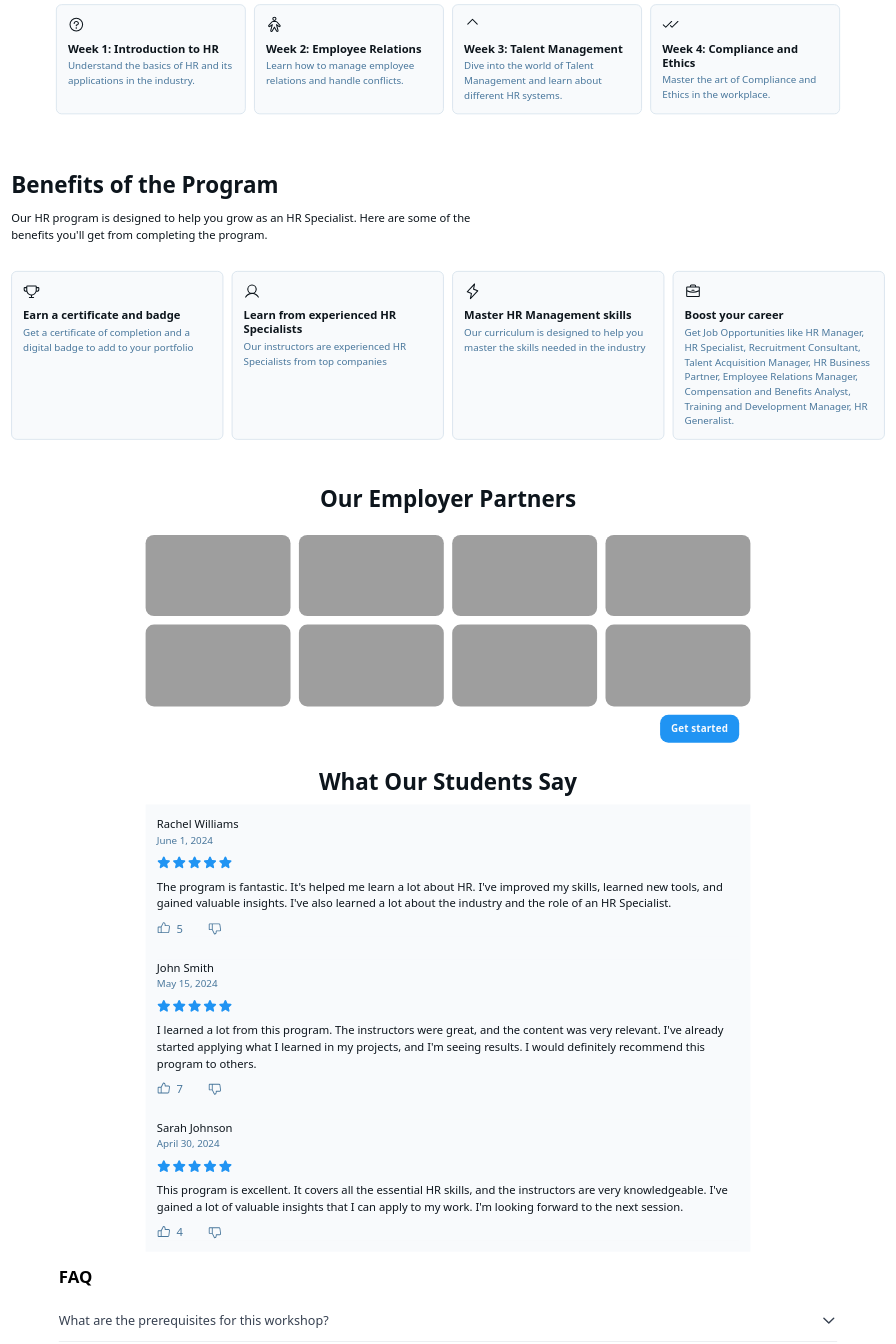
Repository: DhOMNE/HR
Page: /
The author's editor kept a copy of each file at every save. The page is drawn from the files as they stood at one save, then again after the next save.
The browser window is 1280 px wide. The pictures show the part of the page from y = 893 to 2813 px (the page is 3979 px tall before and 4042 px after), at 70% of full size.
Pictures or frames that could not be fetched are drawn as grey boxes. The project was rebuilt for these pictures with package versions that can differ from the ones it lists, and the page was loaded fresh each time.

Above is the page before, as saved 2024-08-26 11:06:44.

### src/Componenets/Benefitdesigner.jsx
import React from "react";

function Benefitdesigner() {
  return (
    // <div class="flex flex-col gap-10 lg:px-48 py-10 sm: px-10 py-10 ">
    //   <div class="flex flex-col gap-4 ">
    //     <h1 class="text-[#0d151c] tracking-light text-[32px] font-bold leading-tight @[480px]:text-4xl @[480px]:font-black @[480px]:leading-tight @[480px]:tracking-[-0.033em] max-w-[720px]">
    //       Benefits of the Program
    //     </h1>
    //     <p class="text-[#0d151c] text-base font-normal leading-normal max-w-[720px]">
    //       {" "}
    //       Our program is designed to help you grow as a designer. Here are some
    //       of the benefits you'll get from completing the program.
    //     </p>

    //     {/* box */}
    //   </div>

    //   <div class="grid grid-cols-[repeat(auto-fit,minmax(158px,1fr))] gap-3 p-0">
    //     <div class="flex flex-1 gap-3 rounded-lg border border-[#cedde8] bg-slate-50 p-4 flex-col">
    //       <div
    //         class="text-[#0d151c] "
    //         data-icon="Trophy"
    //         data-size="24px"
    //         data-weight="regular"
    //       >
    //         <svg
    //           xmlns="http://www.w3.org/2000/svg"
    //           width="24px"
    //           height="24px"
    //           fill="currentColor"
    //           viewBox="0 0 256 256"
    //         >
    //           <path d="M232,64H208V56a16,16,0,0,0-16-16H64A16,16,0,0,0,48,56v8H24A16,16,0,0,0,8,80V96a40,40,0,0,0,40,40h3.65A80.13,80.13,0,0,0,120,191.61V216H96a8,8,0,0,0,0,16h64a8,8,0,0,0,0-16H136V191.58c31.94-3.23,58.44-25.64,68.08-55.58H208a40,40,0,0,0,40-40V80A16,16,0,0,0,232,64ZM48,120A24,24,0,0,1,24,96V80H48v32q0,4,.39,8Zm144-8.9c0,35.52-28.49,64.64-63.51,64.9H128a64,64,0,0,1-64-64V56H192ZM232,96a24,24,0,0,1-24,24h-.5a81.81,81.81,0,0,0,.5-8.9V80h24Z"></path>
    //         </svg>
    //       </div>
    //       <div class="flex flex-col gap-1">
    //         <h2 class="text-[#0d151c] text-base font-bold leading-tight">
    //           Earn a certificate and badge
    //         </h2>
    //         <p class="text-[#49779c] text-sm font-normal leading-normal">
    //           Get a certificate of completion and a digital badge to add to your
    //           portfolio
    //         </p>
    //       </div>
    //     </div>

    //     <div class="flex flex-1 gap-3 rounded-lg border border-[#cedde8] bg-slate-50 p-4 flex-col">
    //       <div
    //         class="text-[#0d151c] "
    //         data-icon="Trophy"
    //         data-size="24px"
    //         data-weight="regular"
    //       >
    //         <svg
    //           xmlns="http://www.w3.org/2000/svg"
    //           width="24px"
    //           height="24px"
    //           fill="currentColor"
    //           viewBox="0 0 256 256"
    //         >
    //           <path d="M230.92,212c-15.23-26.33-38.7-45.21-66.09-54.16a72,72,0,1,0-73.66,0C63.78,166.78,40.31,185.66,25.08,212a8,8,0,1,0,13.85,8c18.84-32.56,52.14-52,89.07-52s70.23,19.44,89.07,52a8,8,0,1,0,13.85-8ZM72,96a56,56,0,1,1,56,56A56.06,56.06,0,0,1,72,96Z"></path>
    //         </svg>
    //       </div>
    //       <div class="flex flex-col gap-1">
    //         <h2 class="text-[#0d151c] text-base font-bold leading-tight">
    //           Learn from experienced designers
    //         </h2>
    //         <p class="text-[#49779c] text-sm font-normal leading-normal">
    //           Our instructors are experienced designers from top companies.
    //         </p>
    //       </div>
    //     </div>

    //     <div class="flex flex-1 gap-3 rounded-lg border border-[#cedde8] bg-slate-50 p-4 flex-col">
    //       <div
    //         class="text-[#0d151c] "
    //         data-icon="Trophy"
    //         data-size="24px"
    //         data-weight="regular"
    //       >
    //         <svg
    //           xmlns="http://www.w3.org/2000/svg"
    //           width="24px"
    //           height="24px"
    //           fill="currentColor"
    //           viewBox="0 0 256 256"
    //         >
    //           <path d="M215.79,118.17a8,8,0,0,0-5-5.66L153.18,90.9l14.66-73.33a8,8,0,0,0-13.69-7l-112,120a8,8,0,0,0,3,13l57.63,21.61L88.16,238.43a8,8,0,0,0,13.69,7l112-120A8,8,0,0,0,215.79,118.17ZM109.37,214l10.47-52.38a8,8,0,0,0-5-9.06L62,132.71l84.62-90.66L136.16,94.43a8,8,0,0,0,5,9.06l52.8,19.8Z"></path>
    //         </svg>
    //       </div>
    //       <div class="flex flex-col gap-1">
    //         <h2 class="text-[#0d151c] text-base font-bold leading-tight">
    //           Master UI/UX skills
    //         </h2>
    //         <p class="text-[#49779c] text-sm font-normal leading-normal">
    //           Our curriculum is designed to help you master the skills needed in
    //           the industry
    //         </p>
    //       </div>
    //     </div>

    //     <div class="flex flex-1 gap-3 rounded-lg border border-[#cedde8] bg-slate-50 p-4 flex-col">
    //       <div
    //         class="text-[#0d151c] "
    //         data-icon="Trophy"
    //         data-size="24px"
    //         data-weight="regular"
    //       >
    //         <svg
    //           xmlns="http://www.w3.org/2000/svg"
    //           width="24px"
    //           height="24px"
    //           fill="currentColor"
    //           viewBox="0 0 256 256"
    //         >
    //           <path d="M216,56H176V48a24,24,0,0,0-24-24H104A24,24,0,0,0,80,48v8H40A16,16,0,0,0,24,72V200a16,16,0,0,0,16,16H216a16,16,0,0,0,16-16V72A16,16,0,0,0,216,56ZM96,48a8,8,0,0,1,8-8h48a8,8,0,0,1,8,8v8H96ZM216,72v41.61A184,184,0,0,1,128,136a184.07,184.07,0,0,1-88-22.38V72Zm0,128H40V131.64A200.19,200.19,0,0,0,128,152a200.25,200.25,0,0,0,88-20.37V200ZM104,112a8,8,0,0,1,8-8h32a8,8,0,0,1,0,16H112A8,8,0,0,1,104,112Z"></path>
    //         </svg>
    //       </div>
    //       <div class="flex flex-col gap-1">
    //         <h2 class="text-[#0d151c] text-base font-bold leading-tight">
    //           Boost your career
    //         </h2>
    //         <p class="text-[#49779c] text-sm font-normal leading-normal">
    //           Get Job Opportunities like UI/UX Designer, User Experience
    //           Researcher, User Interface Designer, Interaction Designer, Product
    //           Designer, UX Analyst, UX/UI Developer, Visual Designer, UX
    //           Strategist, Design Consultant.
    //         </p>
    //       </div>
    //     </div>
    //   </div>
    //   <div className="gap-0">
    //     <h2 class="text-[#0d151c] text-[22px] font-bold leading-tight tracking-[-0.015em] px-4 pb-3 pt-5">
    //       Certificate Criteria
    //     </h2>
    //     <p class="text-[#0d151c] text-base font-normal leading-normal pb-3 pt-1 px-4">
    //       To earn the certificate, you must complete all the course requirements
    //       and the capstone project. The certificate will be issued by our
    //       institution and can be shared on your LinkedIn profile or resume.
    //     </p>
    //     <h2 class="text-[#0d151c] text-[22px] font-bold leading-tight tracking-[-0.015em] px-4 pb-3 pt-5">
    //       Cancellation Policy
    //     </h2>
    //     <p class="text-[#0d151c] text-base font-normal leading-normal pb-3 pt-1 px-4">
    //       You can cancel your enrollment up to 7 days before the start of the
    //       program and get a full refund. After that, the refund will be prorated
    //       based on the completed portion of the program.
    //     </p>
    //   </div>
    // </div>
    <div className="flex flex-col gap-10 px-4 py-10 @container">
              <div className="flex flex-col gap-4">
                <h1
                  className="text-[#0d151c] tracking-light text-[32px] font-bold leading-tight @[480px]:text-4xl @[480px]:font-black @[480px]:leading-tight @[480px]:tracking-[-0.033em] max-w-[720px]"
                >
                  Benefits of the Program
                </h1>
                <p className="text-[#0d151c] text-base font-normal leading-normal max-w-[720px]">
                  Our HR program is designed to help you grow as an HR Specialist. Here are some of the benefits you'll get from completing the program.
                </p>
              </div>
              <div className="grid grid-cols-[repeat(auto-fit,minmax(158px,1fr))] gap-3 p-0">
                <div className="flex flex-1 gap-3 rounded-lg border border-[#cedde8] bg-slate-50 p-4 flex-col cursor-pointer  hover:shadow-lg hover:shadow-gray-600">
                  <div className="text-[#0d151c]" data-icon="Trophy" data-size="24px" data-weight="regular">
                    <svg xmlns="http://www.w3.org/2000/svg" width="24px" height="24px" fill="currentColor" viewBox="0 0 256 256">
                      <path
                        d="M232,64H208V56a16,16,0,0,0-16-16H64A16,16,0,0,0,48,56v8H24A16,16,0,0,0,8,80V96a40,40,0,0,0,40,40h3.65A80.13,80.13,0,0,0,120,191.61V216H96a8,8,0,0,0,0,16h64a8,8,0,0,0,0-16H136V191.58c31.94-3.23,58.44-25.64,68.08-55.58H208a40,40,0,0,0,40-40V80A16,16,0,0,0,232,64ZM48,120A24,24,0,0,1,24,96V80H48v32q0,4,.39,8Zm144-8.9c0,35.52-28.49,64.64-63.51,64.9H128a64,64,0,0,1-64-64V56H192ZM232,96a24,24,0,0,1-24,24h-.5a81.81,81.81,0,0,0,.5-8.9V80h24Z"
                      ></path>
                    </svg>
                  </div>
                  <div className="flex flex-col gap-1">
                    <h2 className="text-[#0d151c] text-base font-bold leading-tight">Earn a certificate and badge</h2>
                    <p className="text-[#49779c] text-sm font-normal leading-normal">Get a certificate of completion and a digital badge to add to your portfolio</p>
                  </div>
                </div>
                <div className="flex flex-1 gap-3 rounded-lg border border-[#cedde8] bg-slate-50 p-4 flex-col cursor-pointer hover:shadow-lg hover:shadow-gray-600">
                  <div className="text-[#0d151c]" data-icon="User" data-size="24px" data-weight="regular">
                    <svg xmlns="http://www.w3.org/2000/svg" width="24px" height="24px" fill="currentColor" viewBox="0 0 256 256">
                      <path
                        d="M230.92,212c-15.23-26.33-38.7-45.21-66.09-54.16a72,72,0,1,0-73.66,0C63.78,166.78,40.31,185.66,25.08,212a8,8,0,1,0,13.85,8c18.84-32.56,52.14-52,89.07-52s70.23,19.44,89.07,52a8,8,0,1,0,13.85-8ZM72,96a56,56,0,1,1,56,56A56.06,56.06,0,0,1,72,96Z"
                      ></path>
                    </svg>
                  </div>
                  <div className="flex flex-col gap-1">
                    <h2 className="text-[#0d151c] text-base font-bold leading-tight">Learn from experienced HR Specialists</h2>
                    <p className="text-[#49779c] text-sm font-normal leading-normal">Our instructors are experienced HR Specialists from top companies</p>
                  </div>
                </div>
                <div className="flex flex-1 gap-3 rounded-lg border border-[#cedde8] bg-slate-50 p-4 flex-col cursor-pointer hover:shadow-lg hover:shadow-gray-600">
                  <div className="text-[#0d151c]" data-icon="Lightning" data-size="24px" data-weight="regular">
                    <svg xmlns="http://www.w3.org/2000/svg" width="24px" height="24px" fill="currentColor" viewBox="0 0 256 256">
                      <path
                        d="M215.79,118.17a8,8,0,0,0-5-5.66L153.18,90.9l14.66-73.33a8,8,0,0,0-13.69-7l-112,120a8,8,0,0,0,3,13l57.63,21.61L88.16,238.43a8,8,0,0,0,13.69,7l112-120A8,8,0,0,0,215.79,118.17ZM109.37,214l10.47-52.38a8,8,0,0,0-5-9.06L62,132.71l84.62-90.66L136.16,94.43a8,8,0,0,0,5,9.06l52.8,19.8Z"
                      ></path>
                    </svg>
                  </div>
                  <div className="flex flex-col gap-1">
                    <h2 className="text-[#0d151c] text-base font-bold leading-tight">Master HR Management skills</h2>
                    <p className="text-[#49779c] text-sm font-normal leading-normal">Our curriculum is designed to help you master the skills needed in the industry</p>
                  </div>
                </div>
                <div className="flex flex-1 gap-3 rounded-lg border border-[#cedde8] bg-slate-50 p-4 flex-col cursor-pointer hover:shadow-lg hover:shadow-gray-600">
                  <div className="text-[#0d151c]" data-icon="Briefcase" data-size="24px" data-weight="regular">
                    <svg xmlns="http://www.w3.org/2000/svg" width="24px" height="24px" fill="currentColor" viewBox="0 0 256 256">
                      <path
                        d="M216,56H176V48a24,24,0,0,0-24-24H104A24,24,0,0,0,80,48v8H40A16,16,0,0,0,24,72V200a16,16,0,0,0,16,16H216a16,16,0,0,0,16-16V72A16,16,0,0,0,216,56ZM96,48a8,8,0,0,1,8-8h48a8,8,0,0,1,8,8v8H96ZM216,72v41.61A184,184,0,0,1,128,136a184.07,184.07,0,0,1-88-22.38V72Zm0,128H40V131.64A200.19,200.19,0,0,0,128,152a200.25,200.25,0,0,0,88-20.37V200ZM104,112a8,8,0,0,1,8-8h32a8,8,0,0,1,0,16H112A8,8,0,0,1,104,112Z"
                      ></path>
                    </svg>
                  </div>
                  <div className="flex flex-col gap-1">
                    <h2 className="text-[#0d151c] text-base font-bold leading-tight">Boost your career</h2>
                    <p className="text-[#49779c] text-sm font-normal leading-normal">Get Job Opportunities like HR Manager, HR Specialist, Recruitment Consultant, Talent Acquisition Manager, HR Business Partner, Employee Relations Manager, Compensation and Benefits Analyst, Training and Development Manager, HR Generalist.</p>
                  </div>
                </div>
              </div>
            </div>

  );
}

export default Benefitdesigner;

### src/Componenets/Footer/Footer.jsx
import React from "react";
import "./Footer.css";

const Footer = () => {
  return (
    <>
      <footer className="footer">
        <div className="newsletter">
          <h2>
            {" "}
            <img src="Images/logo.png" alt="logo" /> Hubnex Educate
          </h2>
          <div className="flex-container1">
            <p className="title1">
              Signup for our{" "}
              <span style={{ fontWeight: "bold" }}>Newsletter</span>
            </p>
            <input
              className="input1"
              type="search"
              placeholder="Enter your email"
            />
            <img className="imag2" src="Images/righticon.png" alt="icon" />
          </div>
        </div>
        <hr />
        <div className="footer-info">
          <div className="company-info">
            <h3>COMPANY</h3>
            <ul>
              <li>
                <a href="#about">About Us</a>
              </li>
              <li>
                <a href="#privacy">Privacy policy</a>
              </li>
              <li>
                <a href="#blog">Blog</a>
              </li>
              <li>
                <a href="#careers">Careers</a>
              </li>
            </ul>
          </div>
          <div className="support">
            <h3>Support</h3>
            <ul>
              <li>
                <a href="#contact">Contact Us</a>
              </li>
              <li>
                <a href="#community">Community</a>
              </li>
            </ul>
          </div>
          <div className="socials">
            <h3>Socials</h3>
            <li>
              <a
                href="https://www.facebook.com"
                target="_blank"
                rel="noopener noreferrer"
              >
                <img src="./facebook.png" alt="facebook" target="blank" />
              </a>
            </li>
            <li>
              <a
                href="https://www.linkedin.com"
                target="_blank"
                rel="noopener noreferrer"
              >
                <img src="./linkdin.png" alt="linkdin" />
              </a>
            </li>
            <li>
              <a
                href="https://x.com/i/flow/login"
                target="_blank"
                rel="noopener noreferrer"
              >
                <img src="./twitter.png" alt="twitter" />
              </a>
            </li>
          </div>
          <div className="fotter-img">
            <img src="./fotter-img.png" alt="fotter-img" />
          </div>
        </div>
      </footer>
      <div className="footer-bottom">
        <img className="imag5" src="Images/copyright.png" alt="copyright" />
        <p className="pt1">2024 Hubnex educate. All rights reserved.</p>

      </div>
    </>
  );
};

export default Footer;

### src/Componenets/Footer/Footer.css
@import url("https://fonts.googleapis.com/css2?family=Inter:wght@100..900&display=swap");
@import url("https://fonts.googleapis.com/css2?family=DM+Sans:ital,opsz,wght@0,9..40,100..1000;1,9..40,100..1000&display=swap");
@import url("https://fonts.googleapis.com/css2?family=DM+Sans:ital,opsz,wght@0,9..40,100..1000;1,9..40,100..1000&family=Manrope:wght@200..800&display=swap");

.footer {
  width: 100%;
  height: 418px;
  background-color: black;
  color: white;
  padding: 20px;
  text-align: center;
}

hr {
  border: 3px solid #ffffff80;
}
.newsletter {
  margin-bottom: 10px;
  text-align: right;
}

.newsletter h2 {
  text-align: left;
  font-size: 1.9em;
  position: relative;
  top: 40px;
  left: 10px;
  font-family: Inter;
  font-size: 32px;
  font-weight: 700;
  line-height: 26.4px;
  text-align: left;
  display: flex;
  gap: 10px;
}

.newsletter p {
  margin-bottom: 10px;
  margin-right: 70px;
  font-family: Manrope;
  font-size: 20px;
  font-weight: 400;
  line-height: 27.32px;
}

.newsletter input {
  padding: 10px;
  width: 287px;
}

.newsletter button {
  padding: 10px 20px;
  margin-left: 10px;
  background-color: #007bff;
  color: white;
  border: none;
  cursor: pointer;
}

.footer-info {
  display: flex;
  gap: 120px;
  margin-top: 30px;
  margin-left: 10px;
  font-family: Manrope;
}

.company-info,
.support {
  text-align: left;
}

.company-info ul,
.support ul {
  list-style: none;
  padding: 0px;
}

.company-info li,
.support li {
  margin: 25px 0;
  list-style: none;
  padding: 0px;
}

.company-info a,
.support a {
  color: white;
  text-decoration: none;
}

.socials {
  text-align: center;
}

.socials h3 {
  margin-bottom: 15px;
  font-family: Manrope;
  font-size: 20px;
  font-weight: 700;
  line-height: 27.32px;
  text-align: left;
  margin-left: 20px;
}

.socials li {
  display: inline-block;
  margin: 0 10px;
  list-style: none;
}

.socials li a img {
  width: 40px;
  height: 40px;
  transition: transform 0.3s ease;
}

.socials li a img:hover {
  transform: scale(1.1);
}

.fotter-img {
  display: flex;
  justify-content: flex-end;
  position: relative;
  left: 10%;
  top: 20px;
}

.fotter-img img {
  width: 80%;
  height: 90%;
  transition: transform 0.3s ease;
}

.fotter-img img:hover {
  transform: scale(1.1);
}

.input1 {
  width: 287px;
  height: 44px;

  padding: 10px 24px;
  gap: 147px;
  border-radius: 12px 10px 10px 10px;
  opacity: 0px;
  border: none;
}

.imag2 {
  position: relative;
  right: 40px;
  top: 8px;
}

.footer-bottom {
  display: flex;
  align-items: center;
  padding-left: 35%;
  margin: 10px;
  gap: 12px;
  opacity: 0px;
}

.pt1 {
  text-align: center;
  font-family: Inter;
  font-size: 16px;
  font-weight: 400;
  line-height: 24px;
  color: #000000;
}

.imag5 {
  width: 20px;
  height: 20px;
}

/* Media Queries */
@media (max-width: 780px) {
  .footer {
    height: auto;
    padding: 10px;
  }

  .newsletter h2 {
    font-size: 1.1em;
    top: 10px;
  }

  .newsletter p {
    font-size: 16px;
  }

  .footer-info {
    gap: 110px;
  }

  .socials h3 {
    font-size: 16px;
    margin-left: 0;
  }

  .socials li {
    margin: 0 5px;
  }

  .socials li a img {
    width: 25px;
    height: 25px;
  }

  .fotter-bottom {
    align-items: center;
    gap: 12px;
    margin-left: -60px;
  }

  .imag2 {
    position: relative;
    right: 40px;
  }

  .fotter-img {
    display: flex;
    justify-content: flex-end;
    position: relative;
    left: 0;
    top: 10px;
  }

  .fotter-img img {
    width: 100%;
    height: 60%;
    position: relative;
    top: 90px;
    right: 40px;
    transition: transform 0.3s ease;
  }

  .fotter-img img:hover {
    transform: scale(1.1);
  }

  .pt1 {
    text-align: center;
    position: relative;
    right: 50px;
  }

  .imag5 {
    position: relative;
    right: 50px;
  }
}

@media (max-width: 600px) {
  .footer {
    height: auto;
    padding: 10px;
  }

  .newsletter h2 {
    font-size: 1em;
    top: 5px;
  }

  .newsletter p {
    font-size: 14px;
  }

  .footer-info {
    flex-direction: column;
    align-items: center;
    gap: 15px;
  }

  .fotter-img img {
    width: 60%;
    height: 60%;
    position: relative;
    top: -6px;
    right: 0px;
  }

  .socials h3 {
    font-size: 14px;
    margin-left: 0;
  }

  .socials li {
    margin: 0 3px;
  }

  .socials li a img {
    width: 20px;
    height: 20px;
  }

  .footer-bottom {
    padding: 10px;
  }

  .pt1 {
    text-align: center;
    font-family: Inter;
    font-size: 16px;
    font-weight: 400;
    line-height: 20px;
    color: #000000;
    position: relative;
    left: 20px;
  }

  .imag5 {
    width: 20px;
    height: 20px;
    position: relative;
    left: 25px;
  }
}

@media (max-width: 375px) {
  .footer {
    height: auto;
    width: 380px;
  }

  .newsletter h2 {
    font-size: 0.9em;
    top: 0;
  }

  .newsletter p {
    font-size: 12px;
  }

  .footer-info {
    gap: 10px;
  }

  .fotter-img img {
    width: 100%;
    position: relative;
    left: 0;
  }

  .socials h3 {
    font-size: 12px;
    margin-left: 0;
  }

  .socials li {
    margin: 0 2px;
  }

  .socials li a img {
    width: 18px;
    height: 18px;
  }

  .footer-bottom {
    padding: 10px;
  }

  .pt1 {
    text-align: center;
    font-family: Inter;
    font-size: 16px;
    font-weight: 400;
    line-height: 20px;
    color: #000000;
    position: relative;
    left: 20px;
  }

  .imag5 {
    width: 20px;
    height: 20px;
    position: relative;
    left: 25px;
    bottom: 9px;
  }
}

@media (max-width: 1024px) {
  .fotter-img {
    display: flex;
    justify-content: flex-end;
    position: relative;
    left: 0;
    top: 10px;
  }

  .fotter-img img {
    width: 100%;
    height: 60%;
    position: relative;
    transition: transform 0.3s ease;
  }

  .fotter-img img:hover {
    transform: scale(1.1);
  }
}

Loaded but not shown: src/index.js (common file); src/index.css (common file); src/reportWebVitals.js (common file); tailwind.config.js (common file); src/App.js (20 lines, source omitted); src/Componenets/Hero.jsx (195 lines, source omitted); src/Componenets/FAQ.jsx (192 lines, source omitted); src/Componenets/EmployerPartners.jsx (121 lines, source omitted)

After the next save:
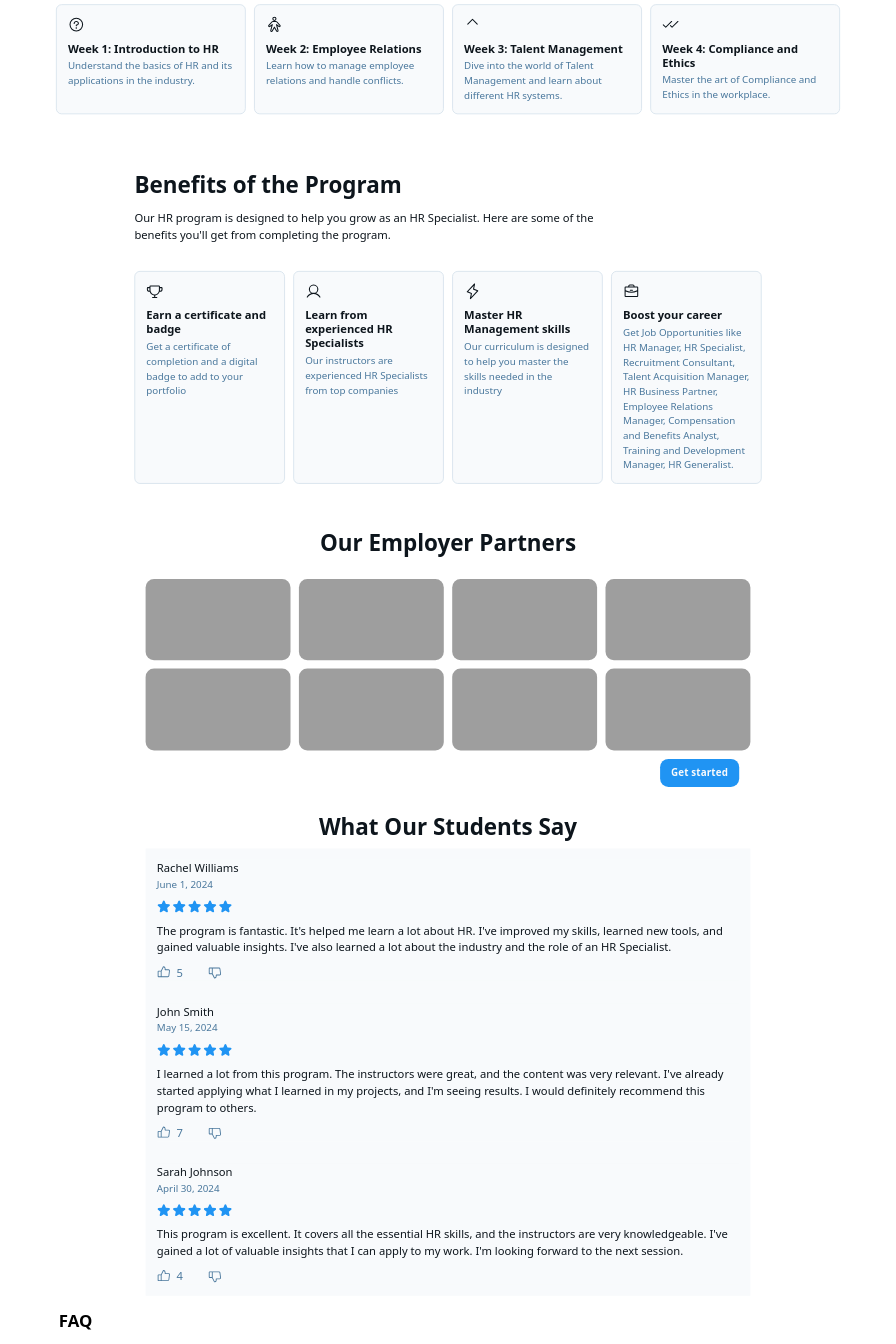
Saved 20 s later.
--- a/src/Componenets/Benefitdesigner.jsx
+++ b/src/Componenets/Benefitdesigner.jsx
@@ -149,7 +149,7 @@ function Benefitdesigner() {
     //     </p>
     //   </div>
     // </div>
-    <div className="flex flex-col gap-10 px-4 py-10 @container">
+    <div className="flex flex-col gap-10 px-4 py-10 @container flex flex-col gap-10 lg:px-48 py-10 sm: px-10 py-10">
               <div className="flex flex-col gap-4">
                 <h1
                   className="text-[#0d151c] tracking-light text-[32px] font-bold leading-tight @[480px]:text-4xl @[480px]:font-black @[480px]:leading-tight @[480px]:tracking-[-0.033em] max-w-[720px]"
